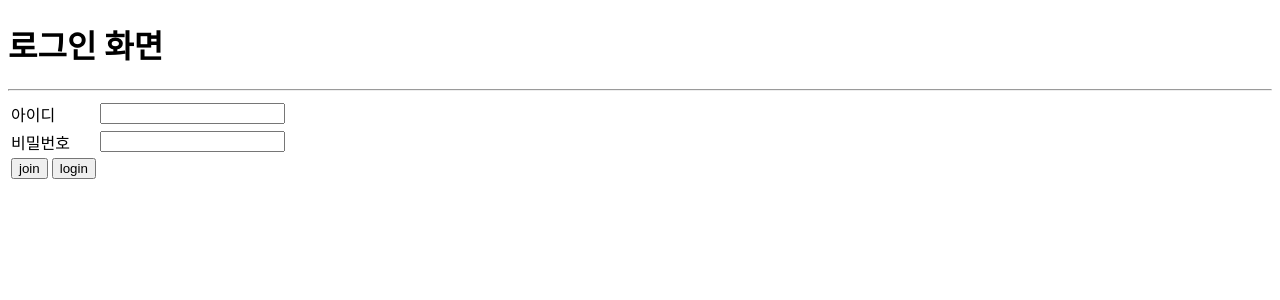
Repository: chuni90/bigdata
Page: http://localhost/tutorial_03/view/login.jsp
The author's editor kept a copy of each file at every save. The page is drawn from the files as they stood at one save, then again after the next save.
The browser window is 1280 px wide. The pictures show the whole page.
The page is served by Tomcat 9. Other server files are loaded and not shown.

Above is the page before, as saved 2019-09-24 02:32:03.

### 2. Java DB/Oracle/tutorial_03/WebContent/view/login.jsp
<%@ page language="java" contentType="text/html; charset=UTF-8"
    pageEncoding="UTF-8"%>
<!DOCTYPE html PUBLIC "-//W3C//DTD HTML 4.01 Transitional//EN" "http://www.w3.org/TR/html4/loose.dtd">
<html>
	<head>
		<meta http-equiv="Content-Type" content="text/html; charset=UTF-8">
		<title>Insert title here</title>
	</head>
	<body>
		<h1>로그인 화면</h1><hr>
		<form action = "login_pro.jsp" method="post">
			<table>
				<tr>
					<td>아이디</td>
					<td><input type="text" name="id"/></td>
				</tr>
				<tr>
					<td>비밀번호</td>
					<td><input type="password" name="pass"/></td>
				</tr>
				<tr align = "center">
					<td><input type="button" value = "join" onclick="join.jsp"/>
					<input type="submit" value = "login"/></td>
				</tr>
			</table>

		</form>

	</body>
</html>

After the next save:
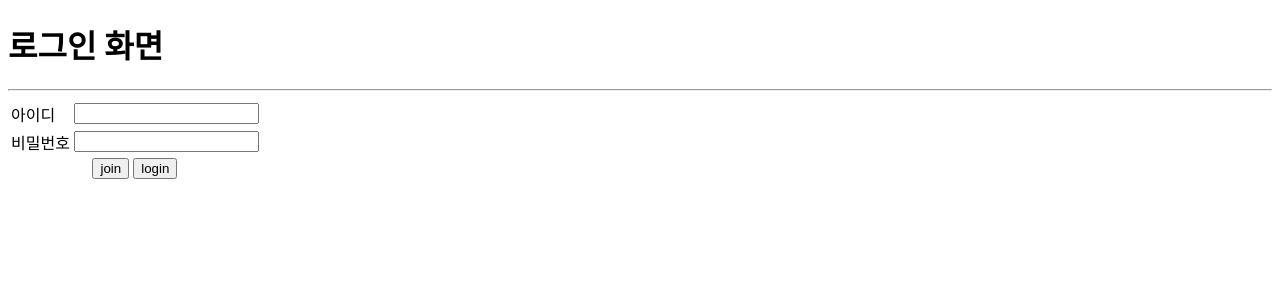
Saved 77 s later.
--- a/2. Java DB/Oracle/tutorial_03/WebContent/view/login.jsp
+++ b/2. Java DB/Oracle/tutorial_03/WebContent/view/login.jsp
@@ -19,7 +19,8 @@
 					<td><input type="password" name="pass"/></td>
 				</tr>
 				<tr align = "center">
-					<td><input type="button" value = "join" onclick="join.jsp"/>
+					<!-- colspan="2"는 2칸을 1칸으로 합친 다는 의미 -->
+					<td colspan="2"><input type="button" value = "join" onclick="join.jsp"/>
 					<input type="submit" value = "login"/></td>
 				</tr>
 			</table>
